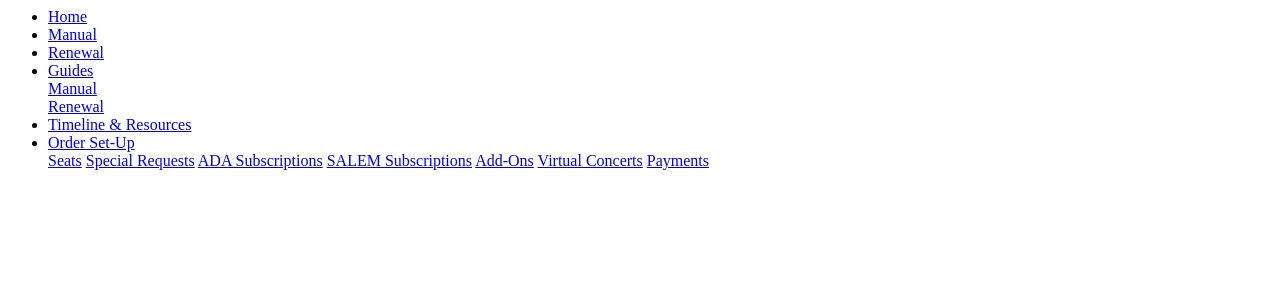
Repository: muesinga/ticketoffice-dot-info
Page: components/nav.html
The author's editor kept a copy of each file at every save. The page is drawn from the files as they stood at one save, then again after a run of saves.
The browser window is 1280 px wide. The pictures show the whole page.

Above is the page before, as saved 2022-06-10 11:50:47.

### components/nav.html
<nav>
    <ul id="navlink-container">
        <li><a class="navlink" href="../index.html">Home</a></li>
        <li><a class="navlink" href="../guides/manual.html">Manual</a></li>
        <li><a class="navlink" href="../guides/renewal.html">Renewal</a></li>
        <li class="dropdown">
        <a href="javascript:void(0)" class="dropbtn">Guides</a>
            <div class="dropdown-content">
            <a href="../guides/manual.html">Manual</a>
            <div class="dropdown-content">
                <a id="navlink-container">
                <a href="../guides/renewal.html" class="dropbtn">Renewal</a>
                <div class="dropdown-content">
                    <li><a href="#timeline" class="w3-bar-item w3-button">Timeline & Resources</a></li>
                    <li><a href="#set-up" class="w3-bar-item w3-button">Order Set-Up</a></li>
                    <a href="#seats" class="w3-bar-item w3-button">Seats</a>
                    <a href="#requests" class="w3-bar-item w3-button">Special Requests</a>
                    <a href="#ada-subs" class="w3-bar-item w3-button">ADA Subscriptions</a>
                    <a href="#salem-subs" class="w3-bar-item w3-button">SALEM Subscriptions</a>
                    <a href="#add-ons" class="w3-bar-item w3-button">Add-Ons</a>
                    <a href="#virtual-concerts" class="w3-bar-item w3-button">Virtual Concerts</a>
                    <a href="#payments" class="w3-bar-item w3-button">Payments</a>
                </div>
            </a>
            </div>
        </div>
        </li>
    </ul>
</nav>

After the next 2 saves:
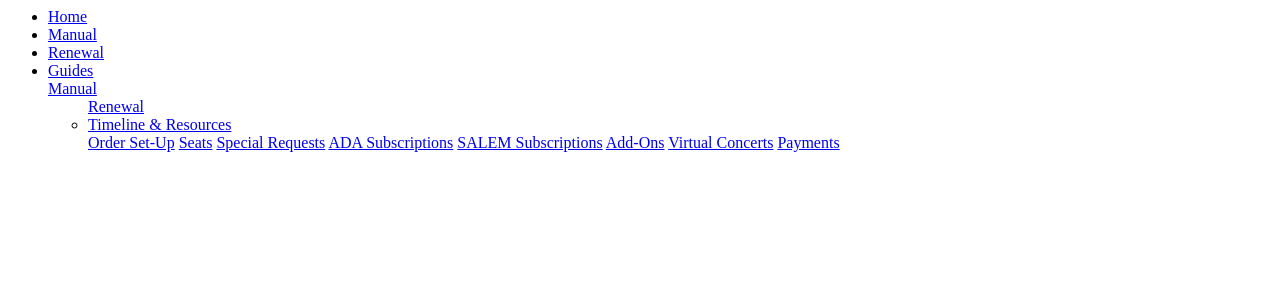
The 2 saves are shown as one change because they came seconds apart.
The last was saved 22 s later.
--- a/components/nav.html
+++ b/components/nav.html
@@ -8,11 +8,11 @@
             <div class="dropdown-content">
             <a href="../guides/manual.html">Manual</a>
             <div class="dropdown-content">
-                <a id="navlink-container">
+                <ul id="navlink-container">
                 <a href="../guides/renewal.html" class="dropbtn">Renewal</a>
                 <div class="dropdown-content">
                     <li><a href="#timeline" class="w3-bar-item w3-button">Timeline & Resources</a></li>
-                    <li><a href="#set-up" class="w3-bar-item w3-button">Order Set-Up</a></li>
+                    <a href="#set-up" class="w3-bar-item w3-button">Order Set-Up</a>
                     <a href="#seats" class="w3-bar-item w3-button">Seats</a>
                     <a href="#requests" class="w3-bar-item w3-button">Special Requests</a>
                     <a href="#ada-subs" class="w3-bar-item w3-button">ADA Subscriptions</a>
@@ -21,7 +21,7 @@
                     <a href="#virtual-concerts" class="w3-bar-item w3-button">Virtual Concerts</a>
                     <a href="#payments" class="w3-bar-item w3-button">Payments</a>
                 </div>
-            </a>
+                </ul
             </div>
         </div>
         </li>
